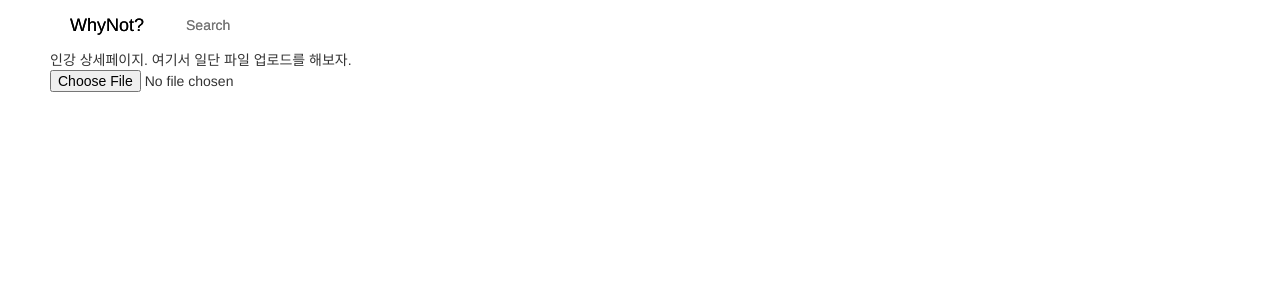
Repository: mychum1/kks
Page: http://localhost/WhyNot/cont_detail.content
The author's editor kept a copy of each file at every save. The page is drawn from the files as they stood at one save, then again after the next save.
The browser window is 1280 px wide. The pictures show the whole page.
The page is served by Tomcat 9. Other server files are loaded and not shown.

Above is the page before, as saved 2016-09-15 07:18:45.

### WhyNot/WebContent/WEB-INF/content-servlet.xml
<?xml version="1.0" encoding="UTF-8"?>
<beans xmlns="http://www.springframework.org/schema/beans"
	xmlns:xsi="http://www.w3.org/2001/XMLSchema-instance"
	xsi:schemaLocation="http://www.springframework.org/schema/beans http://www.springframework.org/schema/beans/spring-beans.xsd">
	<!-- 컨텐츠 관련 서블릿  -->
	<bean id="onlineContentDAO" class="onlinecontent.model.OnlineContentDAOImpl">
	</bean>
	<bean id="onlineCurriculumDAO" class="onlinecurriculum.model.OnlineCurriculumDAOImpl">
	</bean>

	<bean class="controller.ContentController">
		<property name="onlineContentDAO" ref="onlineContentDAO"></property>
		<property name="onlineCurriculumDAO" ref="onlineCurriculumDAO"></property>
	</bean>
</beans>

### WhyNot/WebContent/content/online/cont_detailForm.jsp
<%@ page language="java" contentType="text/html; charset=UTF-8"
	pageEncoding="UTF-8"%>
<%@ include file="../../top.jsp"%>
<!-- css 는 밑에 링크 파일에!! -->
<link href="css/usercont_detail.min.css" rel="stylesheet">
<!-- 경숙이 파트 (인강 상세보기) -->
<!-- 상단 메뉴바가 css로 인해서 윗부분이 겹쳐서 div로  style="padding: px" 줌 -->
<div style="padding:50px">
인강 상세페이지. 여기서 일단 파일 업로드를 해보자.
<form name="f" action="insertMovie." method="post" enctype="multipart/form-data" onsubmit="return writeChk()">
	<input type="file" name="filename" size="15"/>
</form>
</div>
<%@ include file="../../top.jsp"%>

### WhyNot/WebContent/top.jsp
<%@ page language="java" contentType="text/html; charset=UTF-8"
    pageEncoding="UTF-8"%>
<!DOCTYPE html>
<html lang="ko">
<head>
<meta charset="utf-8">
<meta http-equiv="X-UA-Compatible" content="IE=edge">
<meta name="viewport" content="width=device-width, initial-scale=1">
<meta name="description" content="">
<meta name="author" content="">

<!-- Bootstrap Core CSS -->
<link href="css/bootstrap.min.css" rel="stylesheet">

<!-- Custom CSS -->
<link href="css/modern-business.css" rel="stylesheet">

<!-- user CSS -->
<link href="css/usermain.min.css" rel="stylesheet">

<!-- new-age CSS -->
<!-- <link href="css/new-age.min.css" rel="stylesheet"> -->

<!-- Custom Fonts -->
<link href="font-awesome/css/font-awesome.min.css" rel="stylesheet"
   type="text/css">

<link rel="stylesheet" type="text/css" href="css/login.css" />



<!-- IE8 에서 HTML5 요소와 미디어 쿼리를 위한 HTML5 shim 와 Respond.js -->
<!-- WARNING: Respond.js 는 당신이 file:// 을 통해 페이지를 볼 때는 동작하지 않습니다. -->
<!--[if lt IE 9]>
      <script src="https://oss.maxcdn.com/html5shiv/3.7.2/html5shiv.min.js"></script>
      <script src="https://oss.maxcdn.com/respond/1.4.2/respond.min.js"></script>
    <![endif]-->
<title>재능 교육 사이트 - WhyNot?</title>
</head>
<body>
   <!-- 상단 메뉴바 -->
   <nav id="mainNav" class="navbar navbar-default navbar-fixed-top">
      <div class="container">
         <!-- Brand and toggle get grouped for better mobile display -->
         <div class="navbar-header">
            <!-- 모바일 화면시 메뉴 버튼 -->
            <button type="button" class="navbar-toggle collapsed"
               data-toggle="collapse" data-target="#bs-example-navbar-collapse-1">
               <span class="sr-only">Toggle navigation</span> <span
                  class="icon-bar"></span> <span class="icon-bar"></span> <span
                  class="icon-bar"></span>
            </button>

            <!-- 좌측상단 팀명 -->
            <a class="navbar-brand" id="logo" href="main.app">WhyNot?</a>

            <!-- 모바일 화면시 검색버튼 -->
            <button type="button" class="navbar-search" data-toggle="collapse"
               data-target="#search-btn">검색</button>

            <!-- 검색 입력창 -->
            <form class="navbar-form navbar-left" role="search">
               <input type="text" class="form-control-search" placeholder="Search"
                  id="search-btn">
               <!-- <button type="submit" class="btn btn-default">Submit</button> -->
            </form>
         </div>

         <!-- 우측 상단 메뉴 -->
         <div class="collapse navbar-collapse"
            id="bs-example-navbar-collapse-1">
            <ul class="nav navbar-nav navbar-right">
               <li style="padding-top:8px">
                  <a href="login/login.jsp" type="button" id="login"
                     data-toggle="modal"
                     data-target=".bs-example-modal-sm" style="padding-top:8px; border:0; background-color: transparent;">Login</a>
               </li>


               <li><a href="insert.member" id="singup">Singup</a></li>

            </ul>
         </div>
         <!-- /.navbar-collapse -->
      </div>
      <!-- /.container-fluid -->
   </nav>
   <!-- 상단 메뉴바 끝 -->

   <!-- 로그인 - 모달 속성  -->
   <div class="modal fade bs-example-modal-sm" tabindex="-1" role="dialog"
      aria-labelledby="mySmallModalLabel" aria-hidden="true">
      <div class="modal-dialog modal-sm">
         <div class="modal-content">...</div>
      </div>
   </div>

### WhyNot/src/onlinecontent/model/OnlineContentDAO.java
package onlinecontent.model;

import java.util.List;

import member.model.MemberDBBean;


public interface OnlineContentDAO {

	//---- User ---------
	public OnlineContentDBBean getContent(int num); //인강(학교) - 상세보기
	public List<OnlineContentDBBean> listOnlineContent(); //인강(학교) - 전체
	public void insertContent(OnlineContentDBBean dto ,int num); //인강(학교) - 등록
	public void updateContent(OnlineContentDBBean dto ,int num); //인강(학교) - 수정

	//---- 관리자 ---------
	public void sanctionsContent(OnlineContentDBBean dto,int num);//인강(학교) - 제재
	public void deleteContent(OnlineContentDBBean dto ,int num); //인강(학교) - 삭제

}

### WhyNot/src/onlinecontent/model/OnlineContentDAOImpl.java
package onlinecontent.model;

import java.util.List;

public class OnlineContentDAOImpl implements OnlineContentDAO {

	@Override
	public OnlineContentDBBean getContent(int num) {
		// TODO Auto-generated method stub
		return null;
	}

	@Override
	public List<OnlineContentDBBean> listOnlineContent() {
		// TODO Auto-generated method stub
		return null;
	}

	@Override
	public void insertContent(OnlineContentDBBean dto, int num) {
		// TODO Auto-generated method stub

	}

	@Override
	public void updateContent(OnlineContentDBBean dto, int num) {
		// TODO Auto-generated method stub

	}

	@Override
	public void sanctionsContent(OnlineContentDBBean dto, int num) {
		// TODO Auto-generated method stub

	}

	@Override
	public void deleteContent(OnlineContentDBBean dto, int num) {
		// TODO Auto-generated method stub

	}


}

### WhyNot/src/onlinecurriculum/model/OnlineCurriculumDAO.java
package onlinecurriculum.model;

import java.util.List;

public interface OnlineCurriculumDAO {
	public OnlineCurriculumDBBean getCurriculum(int num); //강의실
	public List<OnlineCurriculumDAO> listCurriculum(); //켄텐츠 상세page에서 커리큘럼 목록
	public void insertCurriculum(OnlineCurriculumDBBean dto ,int num); //등록
	public void updateCurriculum(OnlineCurriculumDBBean dto ,int num); //수정
	public void deleteCurriculum(OnlineCurriculumDBBean dto ,int num); //삭제
}

### WhyNot/src/onlinecurriculum/model/OnlineCurriculumDAOImpl.java
package onlinecurriculum.model;

import java.util.List;

public class OnlineCurriculumDAOImpl implements OnlineCurriculumDAO {

	@Override
	public OnlineCurriculumDBBean getCurriculum(int num) {
		// TODO Auto-generated method stub
		return null;
	}

	@Override
	public List<OnlineCurriculumDAO> listCurriculum() {
		// TODO Auto-generated method stub
		return null;
	}

	@Override
	public void insertCurriculum(OnlineCurriculumDBBean dto, int num) {
		// TODO Auto-generated method stub

	}

	@Override
	public void updateCurriculum(OnlineCurriculumDBBean dto, int num) {
		// TODO Auto-generated method stub

	}

	@Override
	public void deleteCurriculum(OnlineCurriculumDBBean dto, int num) {
		// TODO Auto-generated method stub

	}

}

### WhyNot/src/controller/ContentController.java
package controller;

import javax.servlet.http.HttpServletRequest;
import javax.servlet.http.HttpServletResponse;

import org.springframework.stereotype.Controller;
import org.springframework.web.bind.annotation.RequestMapping;
import org.springframework.web.servlet.ModelAndView;

import onlinecontent.model.OnlineContentDAO;
import onlinecurriculum.model.OnlineCurriculumDAO;

@Controller
public class ContentController {

	private OnlineContentDAO onlineContentDAO;
	private OnlineCurriculumDAO onlineCurriculumDAO;


	public void setOnlineContentDAO(OnlineContentDAO onlineContentDAO) {
		this.onlineContentDAO = onlineContentDAO;
	}

	public void setOnlineCurriculumDAO(OnlineCurriculumDAO onlineCurriculumDAO) {
		this.onlineCurriculumDAO = onlineCurriculumDAO;
	}

	// --------------  컨텐츠  -----------------------------------

	@RequestMapping(value = "/list.content")
	public ModelAndView listContent(HttpServletRequest arg0, HttpServletResponse arg1) throws Exception {
		System.out.println("ContentController_listContent() 실행");
		return new ModelAndView("content/contentList.jsp");

	}

	@RequestMapping(value = "/cont_insert.content") // 인강등록Form(학교)
	public ModelAndView insertFormContent(HttpServletRequest arg0, HttpServletResponse arg1) throws Exception {
		System.out.println("ContentController_insertFormContent() 실행");
		return new ModelAndView("content/online/cont_insertForm.jsp");

	}

	@RequestMapping(value = "/cont_insertPro.content") // 인강등록Pro(학교)
	public ModelAndView insertProContent(HttpServletRequest arg0, HttpServletResponse arg1) throws Exception {
		System.out.println("ContentController_insertProContent() 실행");
		return new ModelAndView("content/contentList.jsp"); //나중에 마이페이지로???

	}
//cont_detail.content
	@RequestMapping(value = "/cont_detail.content") // 인강 상세보기
	public ModelAndView detailContent(HttpServletRequest arg0, HttpServletResponse arg1) throws Exception {
		System.out.println("ContentController_detailContent() 실행");
		//여기
		return new ModelAndView("content/online/cont_detailForm.jsp");

	}

	// --------------  커리큘럼 -----------------------------------

	@RequestMapping(value = "/curri_insert.content") // 커리큘럼 등록
	public ModelAndView insertFormCurri(HttpServletRequest arg0, HttpServletResponse arg1) throws Exception {
		System.out.println("ContentController_insertFormCurri() 실행");
		return new ModelAndView("content/online/cont_insertForm.jsp");

	}

	@RequestMapping(value = "/curri_insertPro.content") // 커리큘럼 등록Pro
	public ModelAndView insertProCurri(HttpServletRequest arg0, HttpServletResponse arg1) throws Exception {
		System.out.println("ContentController_insertProCurri() 실행");
		return new ModelAndView("content/contentList.jsp"); //나중에 자신이 올린 강좌(학교) 상세페이지로 수정

	}

	@RequestMapping(value = "/curri_detail.content") // 강의실Form
	public ModelAndView detailCurri(HttpServletRequest arg0, HttpServletResponse arg1) throws Exception {
		System.out.println("ContentController_detailCurri() 실행");
		return new ModelAndView("content/online/curr_detailForm.jsp");

	}
}

### WhyNot/WebContent/css/modern-business.css
/*!
 * Start Bootstrap - Modern Business (http://startbootstrap.com/)
 * Copyright 2013-2016 Start Bootstrap
 * Licensed under MIT (https://github.com/BlackrockDigital/startbootstrap/blob/gh-pages/LICENSE)
 */

/* Global Styles */
html, body {
	height: 100%;
}

body {
	padding-top: 0px;
	/* Required padding for .navbar-fixed-top. Remove if using .navbar-static-top. Change if height of navigation changes. */
}

.img-portfolio {
	margin-bottom: 30px;
}

.img-hover:hover {
	opacity: 0.8;
}

/* Home Page Carousel */
header.carousel {
	height: 40%;
}

header.carousel .item, header.carousel .item.active, header.carousel .carousel-inner
	{
	height: 100%;
}

header.carousel .fill {
	width: 100%;
	height: 100%;
	background-position: center;
	background-size: cover;
}

/* 404 Page Styles */
.error-404 {
	font-size: 100px;
}

/* Pricing Page Styles */
.price {
	display: block;
	font-size: 50px;
	line-height: 50px;
}

.price sup {
	top: -20px;
	left: 2px;
	font-size: 20px;
}

.period {
	display: block;
	font-style: italic;
}

/* Footer Styles */
footer {
	margin: 50px 0;
}

/* Responsive Styles */
@media ( max-width :991px) {
	.customer-img, .img-related {
		margin-bottom: 30px;
	}
}

@media ( max-width :767px) {
	.img-portfolio {
		margin-bottom: 15px;
	}
	header.carousel .carousel {
		height: 70%;
	}
}

### WhyNot/WebContent/css/login.css
@CHARSET "UTF-8";

* {
   -webkit-box-sizing: border-box;
      -moz-box-sizing: border-box;
           box-sizing: border-box;
   outline: none;
}

.login-form {
   max-width: 350px;
   font: 16px/1.6em Lato, serif;
}
   .login-form .panel {
      border: none;
      border-radius: 5px;
       -moz-border-radius: 5px;
       -webkit-border-radius: 5px;
   }
      .login-form .panel .panel-heading {
         color: #fff;
         background: #102434;
         text-align: center;
         line-height: 2.5em;
         font-weight: bold;
         font-size: 14px;
         border-top-left-radius: 5px;
         border-top-right-radius: 5px;
         -webkit-border-top-left-radius: 5px;
           -moz-border-radius-topleft: 5px;
           -webkit-border-top-right-radius: 5px;
           -moz-border-radius-topright: 5px;
      }
      .login-form .panel .panel-body {
         background: #f2f2f2;
         padding: 36px 26px;
         border-bottom-left-radius: 5px;
         border-bottom-right-radius: 5px;
         -webkit-border-bottom-left-radius: 5px;
           -moz-border-radius-bottomleft: 5px;
           -webkit-border-bottom-right-radius: 5px;
           -moz-border-radius-bottomright: 5px;
   }

form[role=login] {
   color: #5d5d5d;
}
   form[role=login] input,
   form[role=login] button {
      font-size: 14px;
      font-weight: bold;
   }
   form[role=login] input[type="email"] {
         margin-bottom: -4px !important;
         border-bottom-right-radius: 0;
         border-bottom-left-radius: 0;
      -webkit-border-bottom-left-radius: 0;
        -moz-border-radius-bottomleft: 0;
        -webkit-border-bottom-right-radius: 0;
        -moz-border-radius-bottomright: 0;
         border: 3px solid #89d1fb;
         color: #89d1fb;
    }
    form[role=login] input[type="password"] {
         margin-bottom: 10px;
         border-top-left-radius: 0;
         border-top-right-radius: 0;
      -webkit-border-top-left-radius: 0;
        -moz-border-radius-topleft: 0;
        -webkit-border-top-right-radius: 0;
        -moz-border-radius-topright: 0;
         border: 3px solid #89d1fb;
         color: #89d1fb;
    }
   form[role=login] input:first-child, form[role=login] input:first-child:active {
      border-bottom: 1px solid #89d1fb;
   }
      form[role=login] input::-webkit-input-placeholder {
         color: #89d1fb;
      }
      form[role=login] input:-moz-placeholder {
         color: #89d1fb;
      }
      form[role=login] input::-moz-placeholder {
         color: #89d1fb;
      }
      form[role=login] input:-ms-input-placeholder {
         color: #89d1fb;
      }
   form[role=login] button.btn-block {
      margin: 25px 0 30px 0;
   }

.form-links {
   margin: 0;
}
   .form-links a {
      line-height: 2.1em;
   }
   .form-links span {
      display: inline-block;
      margin-right: 10px;
   }

.external-links {
   font-size: 15px;
   text-align: center;
   color: #fff;
   margin-top: 1em;
   margin-bottom: 50px;
}

### WhyNot/WebContent/css/usercont_detail.min.css
#logo{
	color:black
}

#login{
	display: none
}

#singup{
	display: none
}

#chkbox1{
	margin-left: 20px
}

Loaded but not shown: WhyNot/WebContent/css/bootstrap.min.css (library); WhyNot/WebContent/css/usermain.min.css (library)

After the next save:
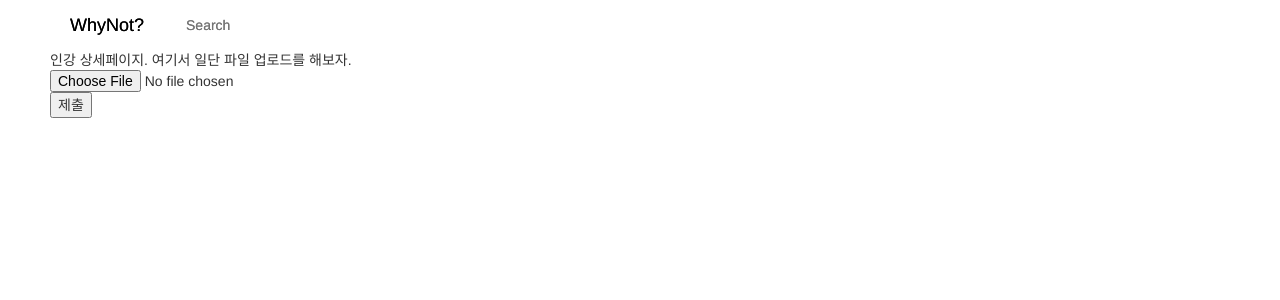
Saved 2 min 13 s later.
--- a/WhyNot/WebContent/content/online/cont_detailForm.jsp
+++ b/WhyNot/WebContent/content/online/cont_detailForm.jsp
@@ -9,6 +9,7 @@
 인강 상세페이지. 여기서 일단 파일 업로드를 해보자.
 <form name="f" action="insertMovie." method="post" enctype="multipart/form-data" onsubmit="return writeChk()">
 	<input type="file" name="filename" size="15"/>
+	<input type="submit" name="submit" value="제출"/>
 </form>
 </div>
 <%@ include file="../../top.jsp"%>
